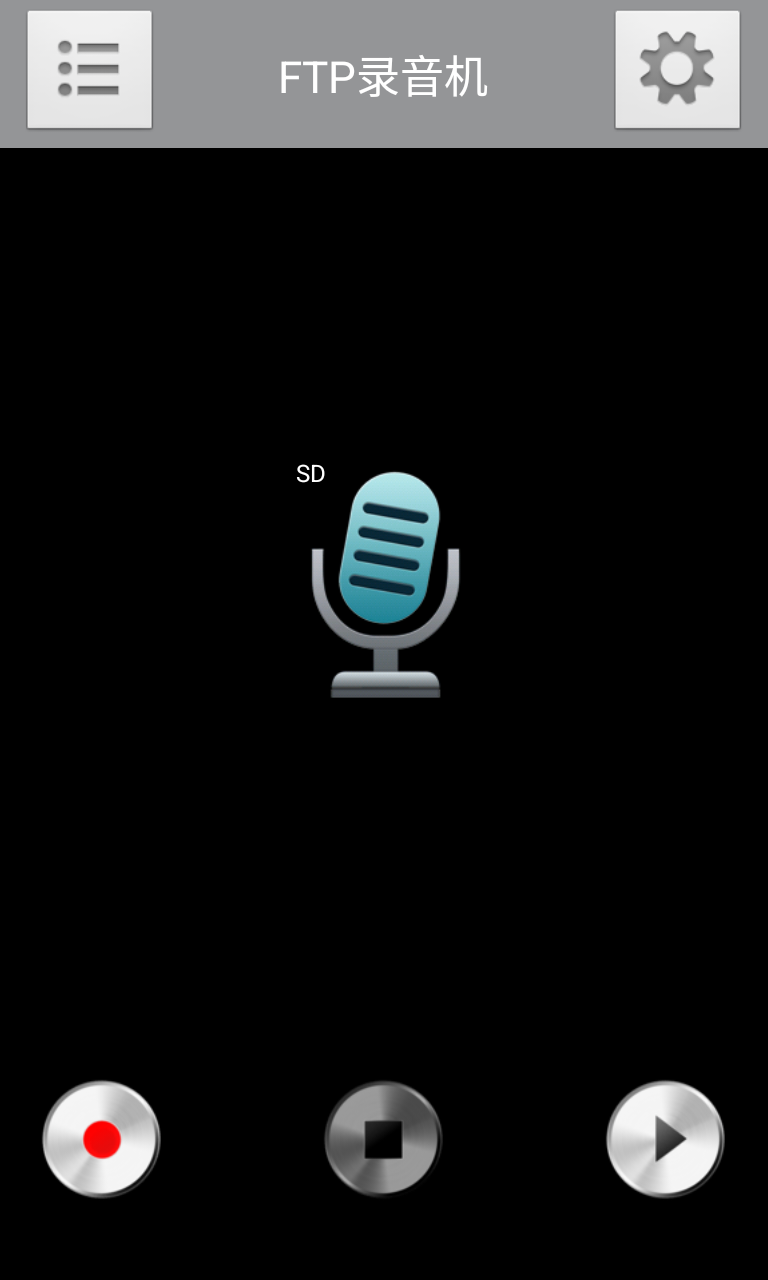
Repository: stone-jin/WAVRecoder
Layout: WAVRecoder2/res/layout/main.xml
The author's editor kept a copy of each file at every save. The layout is drawn from the files as they stood at one save, then again after the next save.
It is drawn on a 768 x 1280 px phone screen (xhdpi) without system bars, with theme Anim_style2; the app's code is not run.

Above is the layout before, as saved 2014-05-07 03:30:42.

### WAVRecoder2/res/layout/main.xml
<?xml version="1.0" encoding="utf-8"?>
<LinearLayout xmlns:android="http://schemas.android.com/apk/res/android"
    android:layout_width="match_parent"
    android:layout_height="match_parent"
    android:orientation="vertical" >

    <include layout="@layout/main_title"/>

    <RelativeLayout
        android:layout_width="fill_parent"
        android:layout_height="fill_parent"
        android:layout_weight="1"
        android:gravity="center"
        >

	    <ImageView
	        android:id="@+id/main_imageview"
	        android:layout_width="wrap_content"
	        android:layout_height="wrap_content"
	        android:background="@drawable/icon"
	        />

	    <TextView
	        android:layout_width="wrap_content"
	        android:layout_height="wrap_content"
	        android:text="SD"
	        android:textSize="12sp"
	        android:textColor="#ffffff"
	        android:layout_below="@"
	        />

    </RelativeLayout>

    <RelativeLayout
        android:layout_width="fill_parent"
        android:layout_height="120dp"
        android:layout_marginBottom="10dp"
        >

        <Button
            android:layout_width="wrap_content"
            android:layout_height="wrap_content"
            android:background="@drawable/btn_rekam_normal"
            android:layout_marginLeft="15dp"
            android:layout_alignParentLeft="true"
            android:layout_centerVertical="true"
            />

        <Button
            android:layout_width="wrap_content"
            android:layout_height="wrap_content"
            android:background="@drawable/btn_stop_disabled"
            android:layout_marginLeft="10dp"
            android:layout_centerInParent="true"
            />

        <Button
            android:layout_width="wrap_content"
            android:layout_height="wrap_content"
            android:background="@drawable/btn_play_normal"
            android:layout_marginRight="15dp"
			android:layout_alignParentRight="true"
			android:layout_centerVertical="true"
            />

    </RelativeLayout>


</LinearLayout>

### WAVRecoder2/res/values/styles.xml
<resources>

    <!--
        Base application theme, dependent on API level. This theme is replaced
        by AppBaseTheme from res/values-vXX/styles.xml on newer devices.
    -->
    <style name="AppBaseTheme" parent="android:Theme.Light">
        <!--
            Theme customizations available in newer API levels can go in
            res/values-vXX/styles.xml, while customizations related to
            backward-compatibility can go here.
        -->
    </style>

    <!-- Application theme. -->
    <style name="AppTheme" parent="AppBaseTheme">
        <!-- All customizations that are NOT specific to a particular API-level can go here. -->
    </style>

    <!-- ####################以上内容全部来自搬运 ############################################ -->

    <style name="AnimFade" parent="@android:style/Animation.Activity">
    	<item name="android:activityOpenEnterAnimation">@anim/fade_in</item>
    	<item name="android:activityOpenExitAnimation">@anim/hold</item>
    	<item name="android:activityCloseEnterAnimation">@anim/fade_in</item>
    	<item name="android:activityCloseExitAnimation">@anim/fade_out</item>
	</style>
	<style name="AnimBottom" parent="@android:style/Animation">
    	<item name="android:windowEnterAnimation">@anim/push_bottom_in</item>
        <item name="android:windowExitAnimation">@anim/push_bottom_out</item>
	</style>
	<style name="AnimTop" parent="@android:style/Animation">
    	<item name="android:windowEnterAnimation">@anim/push_top_in</item>
        <item name="android:windowExitAnimation">@anim/push_top_out</item>
	</style>
	<style name="AnimTop2" parent="@android:style/Animation">
    	<item name="android:windowEnterAnimation">@anim/push_top_in2</item>
        <item name="android:windowExitAnimation">@anim/push_top_out2</item>
	</style>
	<style name="AnimHead" parent="@android:style/Animation">
    	<item name="android:windowEnterAnimation">@anim/head_in</item>
        <item name="android:windowExitAnimation">@anim/head_out</item>
	</style>

   	<style name="Anim_style" parent="android:Theme.NoTitleBar.Fullscreen">
        <item name="android:windowAnimationStyle">@style/AnimFade</item>
	</style>

	<style name="Anim_style2" parent="android:Theme.NoTitleBar">  <!-- 表示没有titlebar这个框 -->
        <item name="android:windowAnimationStyle">@style/AnimFade</item>     <!-- 定义其中打开或者保持或者关闭的时候的效果 -->
	</style>

	<style name="Anim_style_title" parent="android:Theme">
        <item name="android:windowAnimationStyle">@style/AnimFade</item>
        <item name="android:windowTitleSize">50dp</item>
        <item name="android:windowTitleBackgroundStyle">@style/CustomWindowTitleBackground</item>
	</style>

	<style name="CustomWindowTitleBackground">
       <item name="android:background">@drawable/title_bar</item>
	</style>

	<style name="MyDialogStyle">
        <item name="android:windowBackground">@android:color/transparent</item>
        <item name="android:windowFrame">@null</item>
        <item name="android:windowNoTitle">true</item>
        <item name="android:windowIsFloating">true</item>
        <item name="android:windowIsTranslucent">true</item>
        <item name="android:windowContentOverlay">@null</item>
        <item name="android:windowAnimationStyle">@android:style/Animation.Dialog</item>
        <item name="android:backgroundDimEnabled">true</item>
    </style>

    <style name="MyDialogStyleBottom" parent="android:Theme.Dialog" >
        <item name="android:windowAnimationStyle">@style/AnimBottom</item>
        <item name="android:windowFrame">@null</item><!--边框-->
        <item name="android:windowIsFloating">true</item><!--是否浮现在activity之上-->
        <item name="android:windowIsTranslucent">true</item><!--半透明-->
        <item name="android:windowNoTitle">true</item><!--无标题-->
        <item name="android:windowBackground">@android:color/transparent</item><!--背景透明-->
        <item name="android:backgroundDimEnabled">true</item><!--模糊-->
     </style>

     <style name="MyDialogStyleTop" parent="android:Theme.Dialog" >
        <item name="android:windowAnimationStyle">@style/AnimTop2</item>
        <item name="android:windowFrame">@null</item><!--边框-->
        <item name="android:windowIsFloating">true</item><!--是否浮现在activity之上-->
        <item name="android:windowIsTranslucent">true</item><!--半透明-->
        <item name="android:windowNoTitle">true</item><!--无标题-->
        <item name="android:windowBackground">@android:color/transparent</item><!--背景透明-->
        <item name="android:backgroundDimEnabled">false</item><!--模糊-->
     </style>

    <style name="HeadScale" parent="android:Theme.Dialog" >
        <item name="android:windowAnimationStyle">@style/AnimHead</item>
        <item name="android:windowFrame">@null</item><!--边框-->
        <item name="android:windowIsFloating">true</item><!--是否浮现在activity之上-->
        <item name="android:windowIsTranslucent">true</item><!--半透明-->
        <item name="android:windowNoTitle">true</item><!--无标题-->
        <item name="android:windowBackground">@android:color/black</item>
        <item name="android:backgroundDimEnabled">false</item><!--模糊-->
     </style>

    <style name="MyProgressBar" parent="android:Widget.ProgressBar">
        <item name="android:indeterminateDrawable">@drawable/loading</item>
	</style>

</resources>

### WAVRecoder2/res/layout/main_title.xml
<?xml version="1.0" encoding="utf-8"?>
<RelativeLayout xmlns:android="http://schemas.android.com/apk/res/android"
    android:layout_width="fill_parent"
    android:layout_height="wrap_content"
    android:background="#949597"
    android:paddingTop="4dp"
    android:paddingBottom="4dp"
    >

    <ImageButton
        android:layout_width="wrap_content"
        android:layout_height="wrap_content"
        android:src="@drawable/ic_menu_list"
        android:layout_alignParentLeft="true"
        android:layout_centerVertical="true"
        android:layout_marginLeft="10dp"
        />

    <TextView
        android:layout_width="wrap_content"
        android:layout_height="wrap_content"
        android:text="FTP录音机"
        android:textColor="#ffffff"
        android:textSize="22sp"
        android:layout_centerInParent="true"
        />

    <ImageButton
        android:layout_width="wrap_content"
        android:layout_height="wrap_content"
        android:src="@drawable/ic_menu_pengaturan"
        android:layout_alignParentRight="true"
        android:layout_centerVertical="true"
        android:layout_marginRight="10dp"
        />


</RelativeLayout>

After the next save:
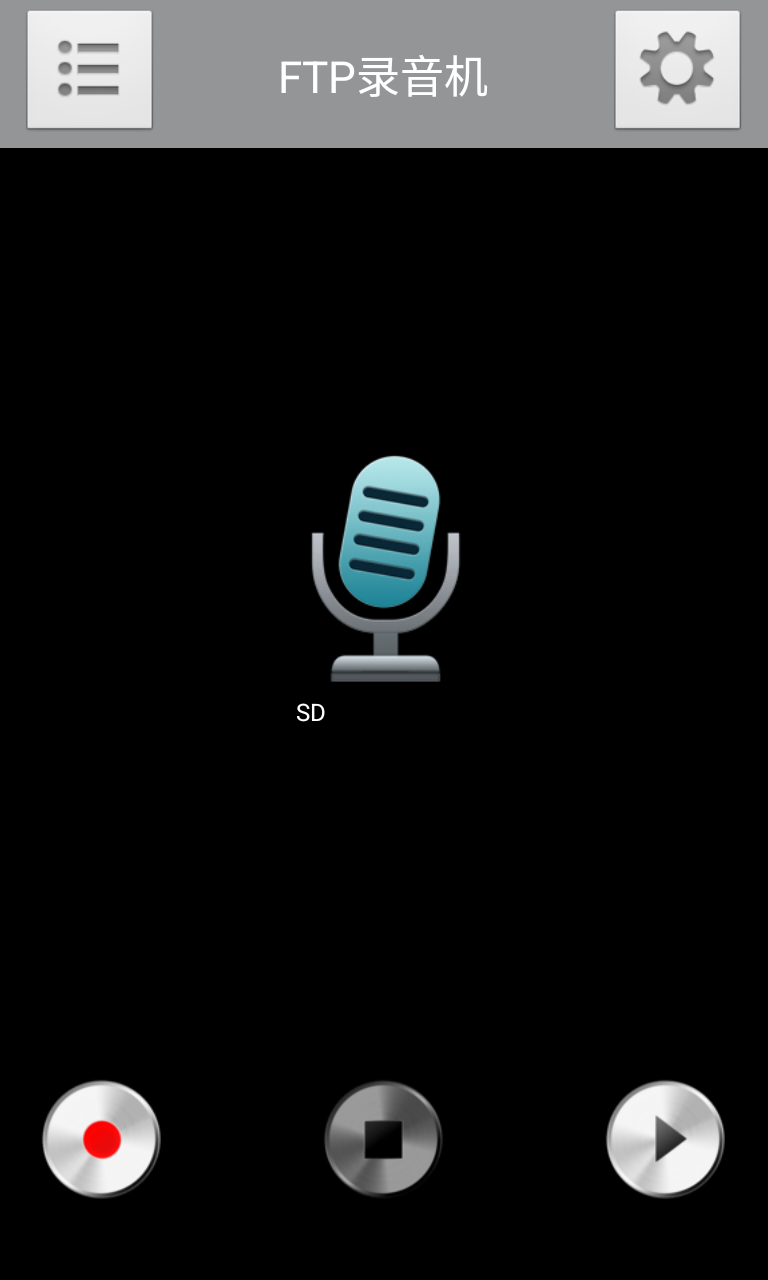
Saved 27 s later.
--- a/WAVRecoder2/res/layout/main.xml
+++ b/WAVRecoder2/res/layout/main.xml
@@ -26,7 +26,7 @@
 	        android:text="SD"
 	        android:textSize="12sp"
 	        android:textColor="#ffffff"
-	        android:layout_below="@"
+	        android:layout_below="@id/main_imageview"
 	        />
 
     </RelativeLayout>
